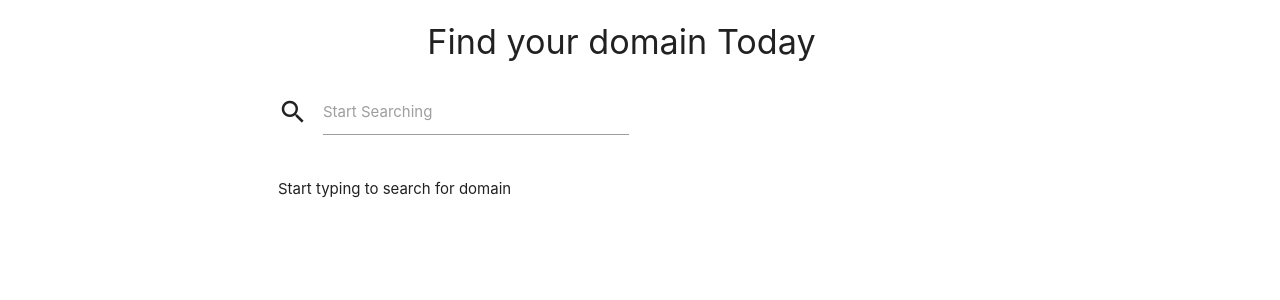
Repository: habib-urrehmaan/domain-name-searcher
Page: / (app in client/)
The author's editor kept a copy of each file at every save. The page is drawn from the files as they stood at one save, then again after the next save.
The browser window is 1280 px wide. The pictures show the whole page.
The project was rebuilt for these pictures with package versions that can differ from the ones it lists, and the page was loaded fresh each time.

Above is the page before, as saved 2020-04-17 18:14:36.

### client/public/index.html
<!DOCTYPE html>
<html lang="en">
  <head>
    <meta charset="utf-8" />
    <link rel="icon" href="%PUBLIC_URL%/favicon.ico" />
    <meta name="viewport" content="width=device-width, initial-scale=1" />
    <meta name="theme-color" content="#000000" />
    <meta
      name="description"
      content="Web site created using create-react-app"
    />
    <link rel="apple-touch-icon" href="%PUBLIC_URL%/logo192.png" />
    <!--
      manifest.json provides metadata used when your web app is installed on a
      user's mobile device or desktop. See https://developers.google.com/web/fundamentals/web-app-manifest/
    -->
    <link rel="manifest" href="%PUBLIC_URL%/manifest.json" />
    <!--
      Notice the use of %PUBLIC_URL% in the tags above.
      It will be replaced with the URL of the `public` folder during the build.
      Only files inside the `public` folder can be referenced from the HTML.

      Unlike "/favicon.ico" or "favicon.ico", "%PUBLIC_URL%/favicon.ico" will
      work correctly both with client-side routing and a non-root public URL.
      Learn how to configure a non-root public URL by running `npm run build`.
    -->
    <link rel="stylesheet" href="https://cdnjs.cloudflare.com/ajax/libs/materialize/1.0.0/css/materialize.min.css">
    <link href="https://fonts.googleapis.com/icon?family=Material+Icons" rel="stylesheet">
     <!-- Compiled and minified JavaScript -->
     <script src="https://cdnjs.cloudflare.com/ajax/libs/materialize/1.0.0/js/materialize.min.js"></script>
    <title>React App</title>
  </head>
  <body>
    <noscript>You need to enable JavaScript to run this app.</noscript>
    <div id="root"></div>
    <!--
      This HTML file is a template.
      If you open it directly in the browser, you will see an empty page.

      You can add webfonts, meta tags, or analytics to this file.
      The build step will place the bundled scripts into the <body> tag.

      To begin the development, run `npm start` or `yarn start`.
      To create a production bundle, use `npm run build` or `yarn build`.
    -->
  </body>
</html>

### client/src/index.js
import React from 'react';
import ReactDOM from 'react-dom';
import './index.css';
import App from './App';

ReactDOM.render(
  <React.StrictMode>
    <App />
  </React.StrictMode>,
  document.getElementById('root')
);

// If you want your app to work offline and load faster, you can change
// unregister() to register() below. Note this comes with some pitfalls.
// Learn more about service workers: https://bit.ly/CRA-PWA
// serviceWorker.unregister();

### client/src/App.js
import React from 'react';
import Search from './Search';
import Output from './Output';

class App extends React.Component {

  constructor(props)
  {
    super(props);
    this.state ={
      output:null
    }
  }


  setAppOutput = (outputData) =>
  {
    console.log("setting output value")

    this.setState({
      output:outputData
    })
  }

  render()
  {
    return (
      <>
      <div className="App container">
        <Search setOutput={this.setAppOutput}/>
        <Output data={this.state.output}/>
      </div>
      </>
    );
  }
}

export default App;

### client/src/Search.js
import React, { Component } from 'react'
import axios from 'axios'

class Search extends Component {

    constructor(props)
    {
        super(props);
        console.log(props)
    }

    onChangeHandler = (e) =>
    {
        axios({
            'method': 'GET',
            'url': `http://localhost:5000/domain/search?domain=${e.target.value}`,
            'ContentType':'application/json'
        }).then((response)=>{

            var obj = JSON.parse(response.data.data);
            this.props.setOutput(obj);
        }).catch(error=>{
            console.log(error);
        });
    }

    render() {
        return (
            <div>
                <div className="row">
                    <div className="col offset-s3">
                        <h4>Find your domain Today</h4>
                    </div>
                    <div className="input-field col s5 offset-s1">
                        <i className="material-icons prefix">search</i>
                        <input id="search" type="text" className="validate" onChange={this.onChangeHandler}/>
                        <label htmlFor="search">Start Searching</label>
                    </div>
                </div>
            </div>
        )
    }
}

export default Search;

### client/src/Output.js
import React from 'react'

export default function Output(props) {

    let {data} = props;
    console.log("output data",data);
    return (
        <div className="row">
        {(data)?(<div className="col offset-s1">{(data.available)?(<div><span>Congratulations! This domain is available</span><br/>
            <span><b>Price:</b>{data.price}{data.currency}</span></div>):(data.code)?(<div>{data.message}</div>):(<span>Sorry this domain is not Available</span>)}</div>)
            :(<div className="col offset-s1">Start typing to search for domain</div>)}


        </div>
    )
}

Loaded but not shown: client/src/index.css (common file)

After the next save:
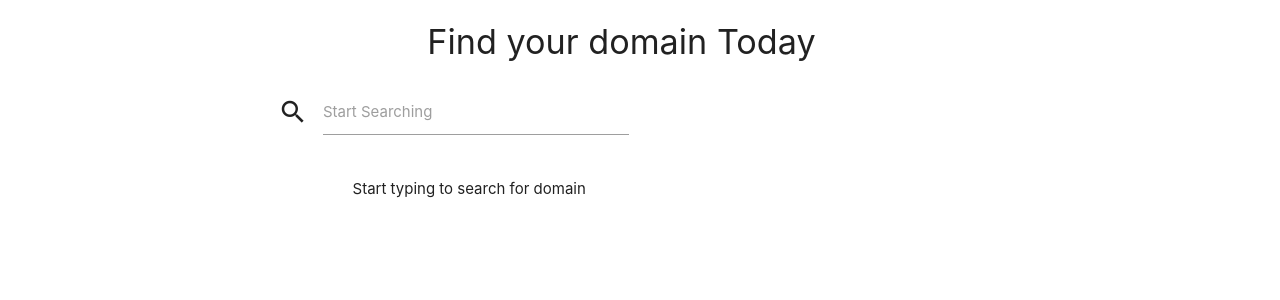
Saved 7 s later.
--- a/client/src/Output.js
+++ b/client/src/Output.js
@@ -6,9 +6,9 @@ export default function Output(props) {
     console.log("output data",data);
     return (
         <div className="row">
-        {(data)?(<div className="col offset-s1">{(data.available)?(<div><span>Congratulations! This domain is available</span><br/>
+        {(data)?(<div className="col offset-s2">{(data.available)?(<div><span>Congratulations! This domain is available</span><br/>
             <span><b>Price:</b>{data.price}{data.currency}</span></div>):(data.code)?(<div>{data.message}</div>):(<span>Sorry this domain is not Available</span>)}</div>)
-            :(<div className="col offset-s1">Start typing to search for domain</div>)}
+            :(<div className="col offset-s2">Start typing to search for domain</div>)}
 
 
         </div>
